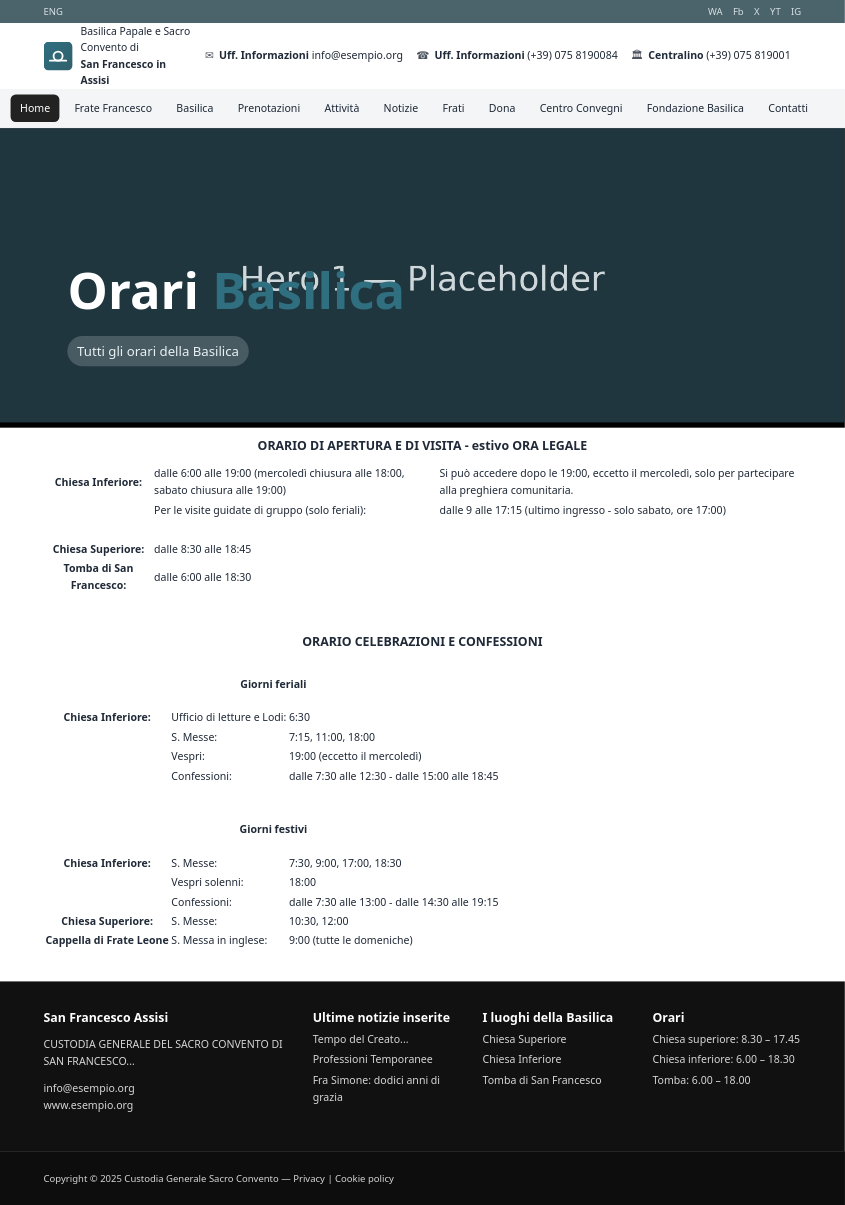
Repository: leacappello/basilica-platform-project
Page: pages/orari.html
These files come from the project's save history. The page is drawn as it stood at one moment and after the next save; the edit follows.
The browser window is 1280 px wide. The pictures show the whole page, at 66% of full size.

Above is the page before, as saved 2025-09-15 11:59:07.
Console error (its wording comes from the project's code and is left out).

After the next save:
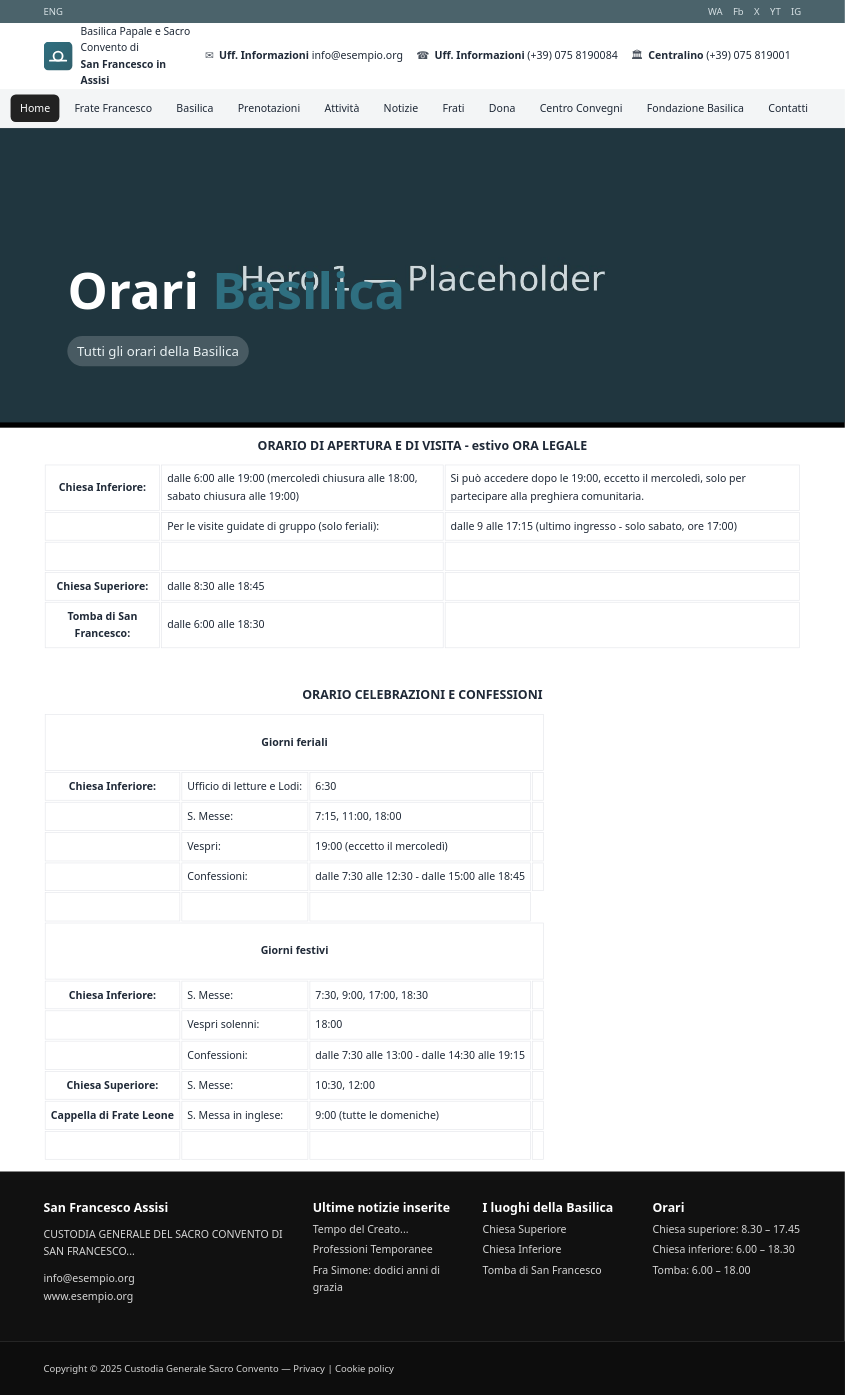
Saved 4 s later.
--- a/assets/styles.css
+++ b/assets/styles.css
@@ -216,6 +216,6 @@ table .orari{
   width:100%;
   border-collapse:collapse
 }
-table th .orari, table .orari td{padding:.5rem;border:1px solid var(--border)}
+table th ,table td{padding:.5rem;border:1px solid var(--border)}
 
 /* ============== Tabella Orari ============== */
